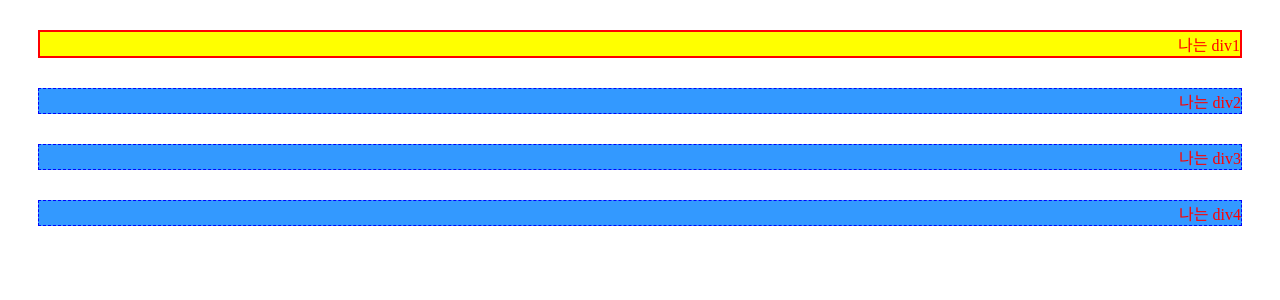
Repository: raccoon304/gugkbi_jsp
Page: HTML5/src/main/webapp/ch01_cssOrder/cssOrder.html
The author's editor kept a copy of each file at every save. The page is drawn from the files as they stood at one save, then again after the next save.
The browser window is 1280 px wide. The pictures show the whole page.

Above is the page before, as saved 2025-11-13 07:49:53.

After the next save:
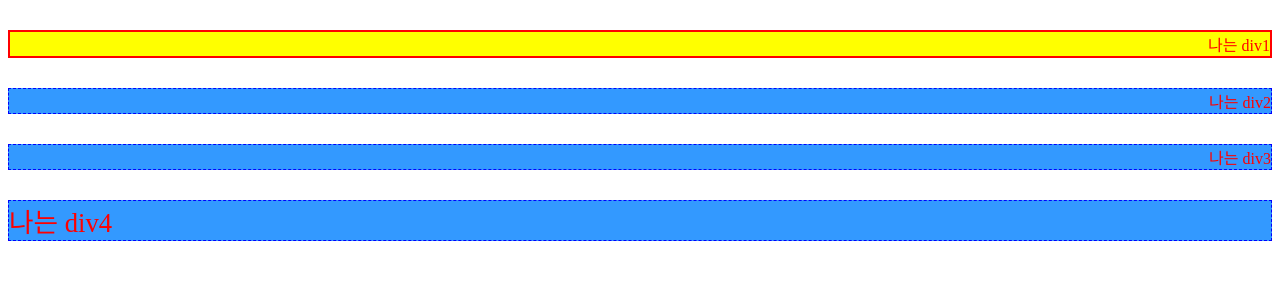
Saved 13 min 59 s later.
--- a/HTML5/src/main/webapp/ch01_cssOrder/cssOrder.html
+++ b/HTML5/src/main/webapp/ch01_cssOrder/cssOrder.html
@@ -18,7 +18,8 @@
 		text-align: right;			/* 글자정렬 */
 		/*margin: 30px 30px 20px 20px; /* 바깥 여백 : 상 우 하 좌  */
 		/*margin: 30px 50px;			/* 바깥 여백 : 상하 우좌  */
-		margin: 30px;/* 바깥 여백 : 상우하좌 전체 */
+		margin: 30px;				/* 바깥 여백 : 상우하좌 전체 */
+		margin: 30px 0;				/* 바깥 여백 : 상하 만 마진 */
 	}
 
 </style>
@@ -29,6 +30,6 @@
 	<div style ="border: solid 2px red; background-color: yellow;">나는 div1</div>
 	<div>나는 div2</div>
 	<div>나는 div3</div>
-	<div>나는 div4</div>
+	<div style="font-size: 20pt; text-align: left;">나는 div4</div>
 </body>
 </html>
